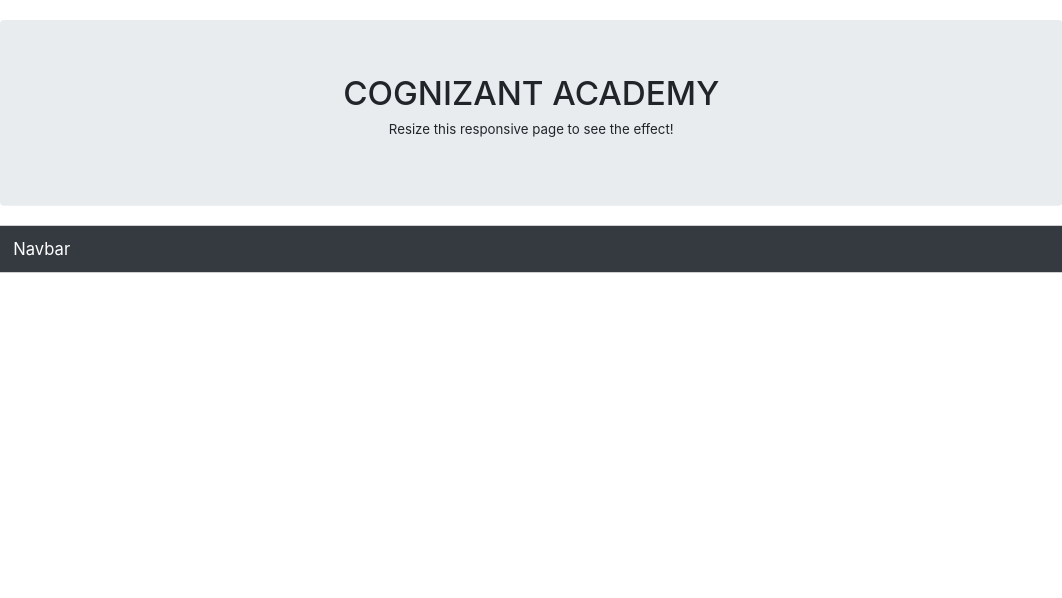
Repository: Ushaswee/cognizant1
Page: BootstrapPro/WebContent/Bootstrap/BsTemplate.html
The author's editor kept a copy of each file at every save. The page is drawn from the files as they stood at one save, then again after the next save.
The browser window is 1280 px wide. The pictures show the whole page, at 83% of full size.

Above is the page before, as saved 2020-01-18 10:58:47.

### BootstrapPro/WebContent/Bootstrap/BsTemplate.html
<!DOCTYPE html>
<html lang="en">
<head>
  <title>Bootstrap 4 Website Example</title>
  <meta charset="utf-8">
  <meta name="viewport" content="width=device-width, initial-scale=1">
  <link rel="stylesheet" href="https://maxcdn.bootstrapcdn.com/bootstrap/4.4.1/css/bootstrap.min.css">
  <script src="https://ajax.googleapis.com/ajax/libs/jquery/3.4.1/jquery.min.js"></script>
  <script src="https://cdnjs.cloudflare.com/ajax/libs/popper.js/1.16.0/umd/popper.min.js"></script>
  <script src="https://maxcdn.bootstrapcdn.com/bootstrap/4.4.1/js/bootstrap.min.js"></script>
  <style>
  .fakeimg {
    height: 200px;
    background: #aaa;
  }
  </style>
</head>
<body>
​
<div class="jumbotron text-center" style="margin-bottom:0">
  <h1>COGNIZANT ACADEMY</h1>
  <p>Resize this responsive page to see the effect!</p>
</div>
​
<nav class="navbar navbar-expand-sm bg-dark navbar-dark">
  <a class="navbar-brand" href="#">Navbar</a>
  <button class="navbar-toggler" type="button" data-toggle="collapse" data-target="#collapsibleNavbar">
    <span class="navbar-toggler-icon"></span>
  </button>
  <div class="collapse navbar-collapse" id="collapsibleNavbar">
    <ul class="navbar-nav">

After the next save:
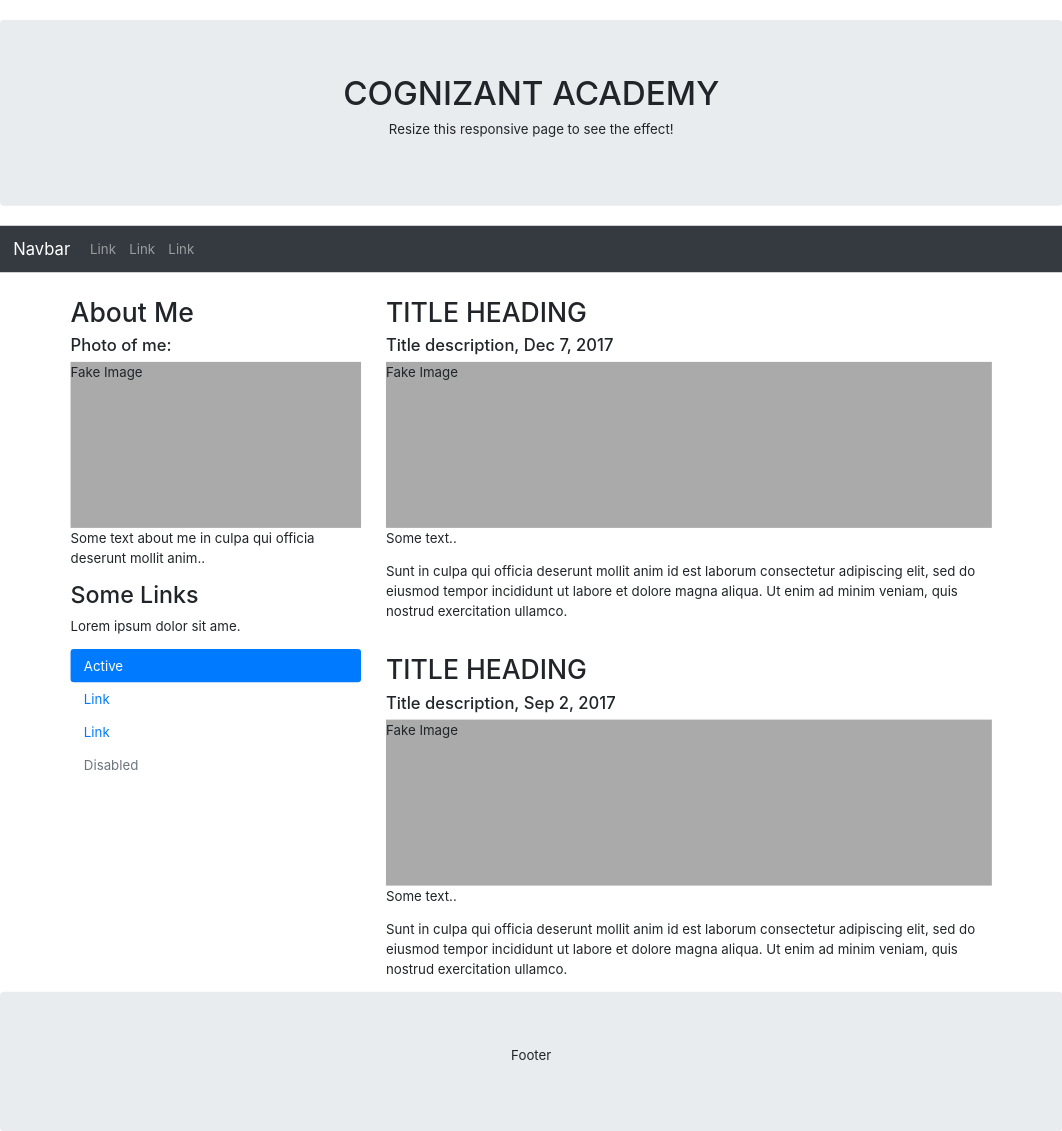
Saved 2 min 10 s later.
--- a/BootstrapPro/WebContent/Bootstrap/BsTemplate.html
+++ b/BootstrapPro/WebContent/Bootstrap/BsTemplate.html
@@ -29,3 +29,63 @@
   </button>
   <div class="collapse navbar-collapse" id="collapsibleNavbar">
     <ul class="navbar-nav">
+    <li class="nav-item">
+        <a class="nav-link" href="#">Link</a>
+      </li>
+      <li class="nav-item">
+        <a class="nav-link" href="#">Link</a>
+      </li>
+      <li class="nav-item">
+        <a class="nav-link" href="#">Link</a>
+      </li>
+    </ul>
+  </div>
+</nav>
+
+<div class="container" style="margin-top:30px">
+  <div class="row">
+    <div class="col-sm-4">
+      <h2>About Me</h2>
+      <h5>Photo of me:</h5>
+      <div class="fakeimg">Fake Image</div>
+      <p>Some text about me in culpa qui officia deserunt mollit anim..</p>
+      <h3>Some Links</h3>
+      <p>Lorem ipsum dolor sit ame.</p>
+      <ul class="nav nav-pills flex-column">
+        <li class="nav-item">
+          <a class="nav-link active" href="#">Active</a>
+        </li>
+        <li class="nav-item">
+          <a class="nav-link" href="#">Link</a>
+        </li>
+        <li class="nav-item">
+          <a class="nav-link" href="#">Link</a>
+        </li>
+        <li class="nav-item">
+          <a class="nav-link disabled" href="#">Disabled</a>
+        </li>
+      </ul>
+      <hr class="d-sm-none">
+    </div>
+    <div class="col-sm-8">
+      <h2>TITLE HEADING</h2>
+      <h5>Title description, Dec 7, 2017</h5>
+      <div class="fakeimg">Fake Image</div>
+      <p>Some text..</p>
+      <p>Sunt in culpa qui officia deserunt mollit anim id est laborum consectetur adipiscing elit, sed do eiusmod tempor incididunt ut labore et dolore magna aliqua. Ut enim ad minim veniam, quis nostrud exercitation ullamco.</p>
+      <br>
+      <h2>TITLE HEADING</h2>
+      <h5>Title description, Sep 2, 2017</h5>
+      <div class="fakeimg">Fake Image</div>
+      <p>Some text..</p>
+      <p>Sunt in culpa qui officia deserunt mollit anim id est laborum consectetur adipiscing elit, sed do eiusmod tempor incididunt ut labore et dolore magna aliqua. Ut enim ad minim veniam, quis nostrud exercitation ullamco.</p>
+    </div>
+  </div>
+</div>
+
+<div class="jumbotron text-center" style="margin-bottom:0">
+  <p>Footer</p>
+</div>
+
+</body>
+</html>
